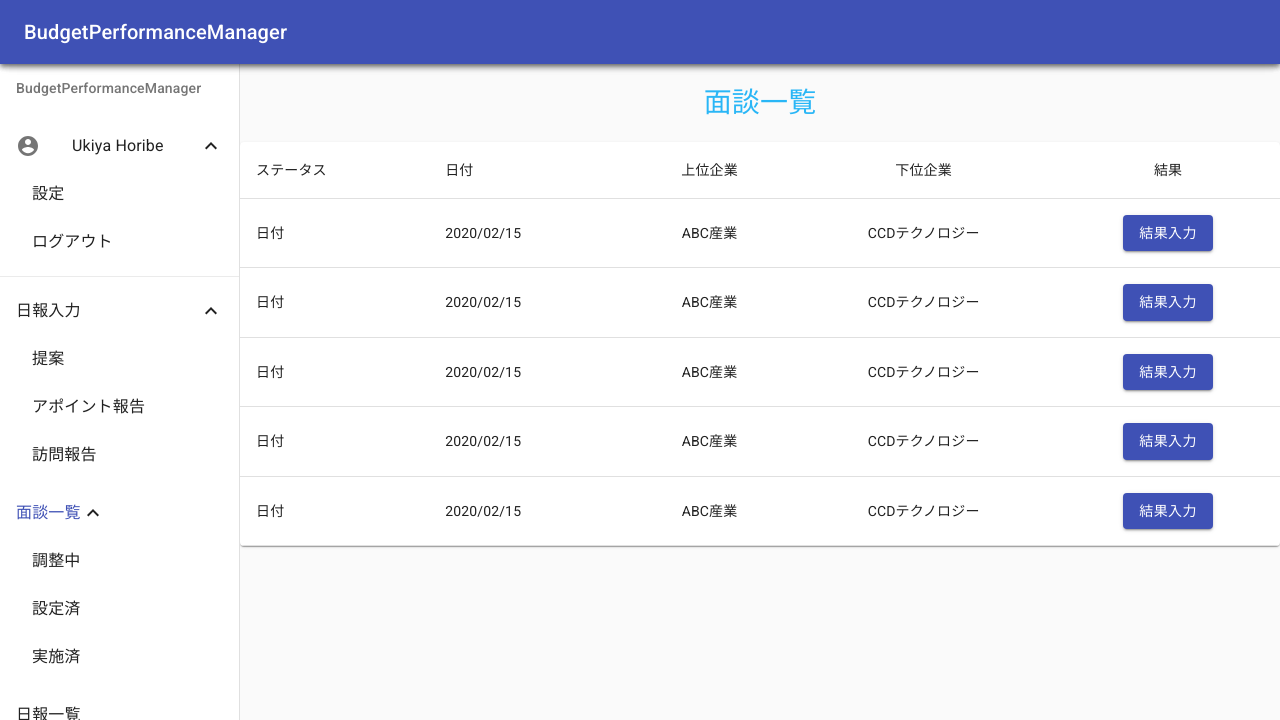
Repository: ukiyah/test
Page: /list_interview (app in src/)
An editor plug-in stored every save of this project. The page is shown before and after the next save, followed by the edit.
The browser window is 1280 px wide. The pictures show the whole page.
The project was rebuilt for these pictures with package versions that can differ from the ones it lists, and the page was loaded fresh each time. Also part of the build but not shown: src/proposal/Table.js, src/proposal/list_proposal.js, src/Title.js, src/Chart.js, src/Deposits.js, src/Orders.js, src/Dashboard.js.

Above is the page before, as saved 2020-02-25 17:07:42.

After the next save:
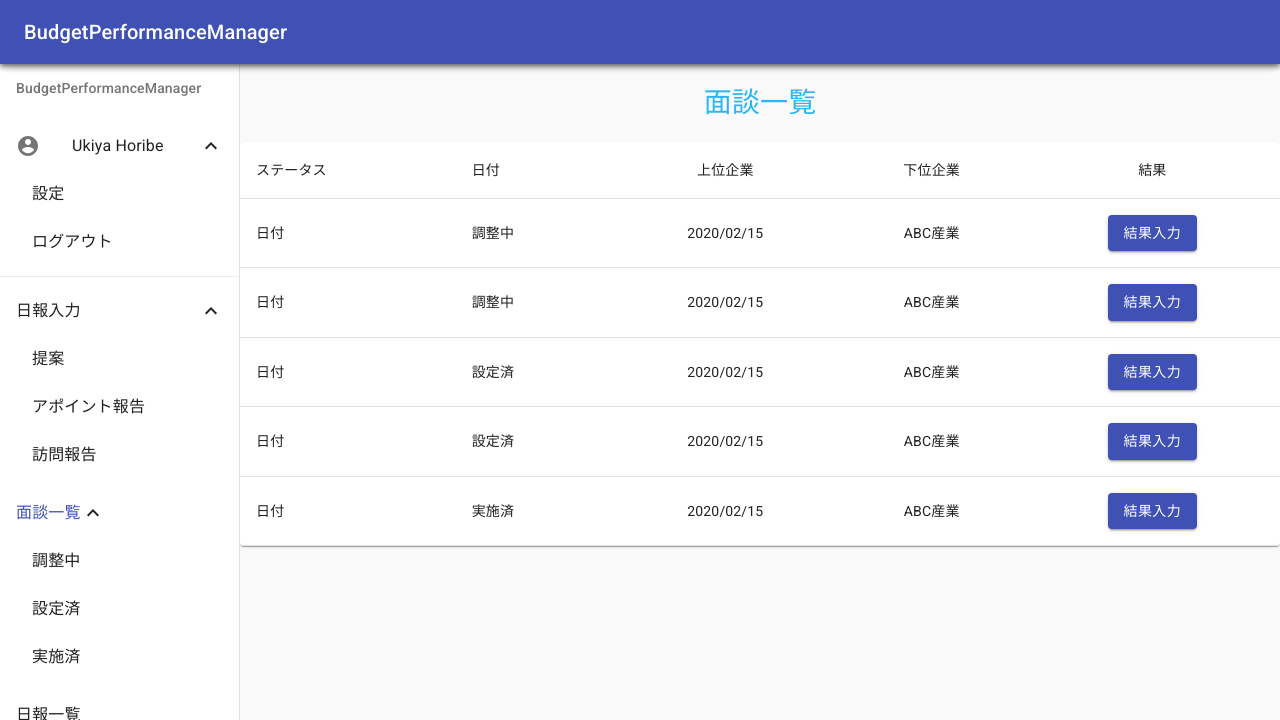
Saved 74 s later.
--- a/src/interview/Table.js
+++ b/src/interview/Table.js
@@ -22,11 +22,11 @@ function createData(name, calories, fat) {
 }
 
 const rows = [
-  createData('2020/02/15', 'ABC産業', 'CCDテクノロジー'),
-  createData('2020/02/15', 'ABC産業', 'CCDテクノロジー'),
-  createData('2020/02/15', 'ABC産業', 'CCDテクノロジー'),
-  createData('2020/02/15', 'ABC産業', 'CCDテクノロジー'),
-  createData('2020/02/15', 'ABC産業', 'CCDテクノロジー'),
+  createData('調整中','2020/02/15', 'ABC産業', 'CCDテクノロジー'),
+  createData('調整中','2020/02/15', 'ABC産業', 'CCDテクノロジー'),
+  createData('設定済','2020/02/15', 'ABC産業', 'CCDテクノロジー'),
+  createData('設定済','2020/02/15', 'ABC産業', 'CCDテクノロジー'),
+  createData('実施済','2020/02/15', 'ABC産業', 'CCDテクノロジー'),
 ];
 
 export default function SimpleTable() {
